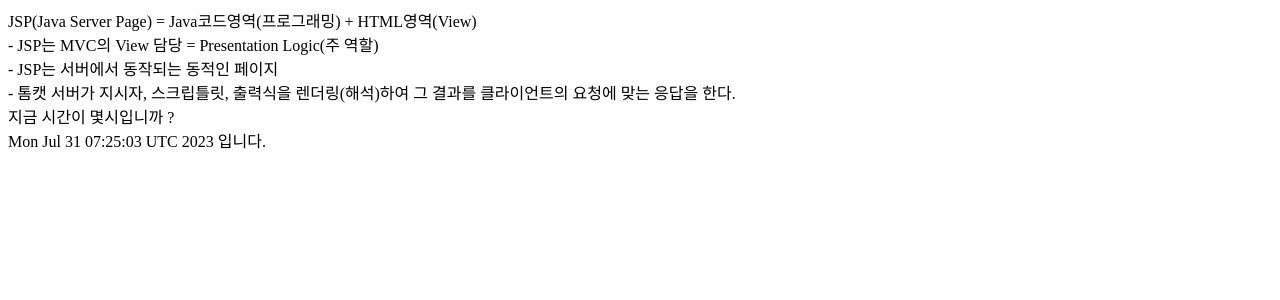
Repository: ainokks071/ServletJSP
Page: http://localhost/WEB/time.jsp
An editor plug-in stored every save of this project. The page is shown before and after the next save, followed by the edit.
The browser window is 1280 px wide. The pictures show the whole page.
The page is served by Tomcat 9. Other server files are loaded and not shown.

Above is the page before, as saved 2023-08-01 08:14:16.

### WEB/webapp/time.jsp
<%-- <%@ 지시자 %> --%>
<%@ page language="java" contentType="text/html; charset=UTF-8"
    pageEncoding="UTF-8"%>
<!-- servlet-api.jar BuildPath에 라이브러리 추가해줄 것.(웹용 API에 의해 인식) -->
<%@ page import="java.util.Date" %>
<!-- 컴파일된 .class파일의 저장위치 변경 : WEB/webapp/WEB-INF/classes -->
<%-- <% 스크립틀릿 %> : 자바코드영역 --%>
<% Date d = new Date(); %>


<!DOCTYPE html>
<html>
<head>
<meta charset="UTF-8">
<title>Insert title here</title>
</head>

<body>
JSP(Java Server Page) = Java코드영역(프로그래밍) + HTML영역(View) <br>
- JSP는 MVC의 View 담당 = Presentation Logic(주 역할)<br>
- JSP는 서버에서 동작되는 동적인 페이지<br>
- 톰캣 서버가 지시자, 스크립틀릿, 출력식을 렌더링(해석)하여 그 결과를 클라이언트의 요청에 맞는 응답을 한다.<br>

지금 시간이 몇시입니까 ? <br>
<%-- <%= 출력식 %> --%>
<%= d.toString() %> 입니다.
</body>

</html>

After the next save:
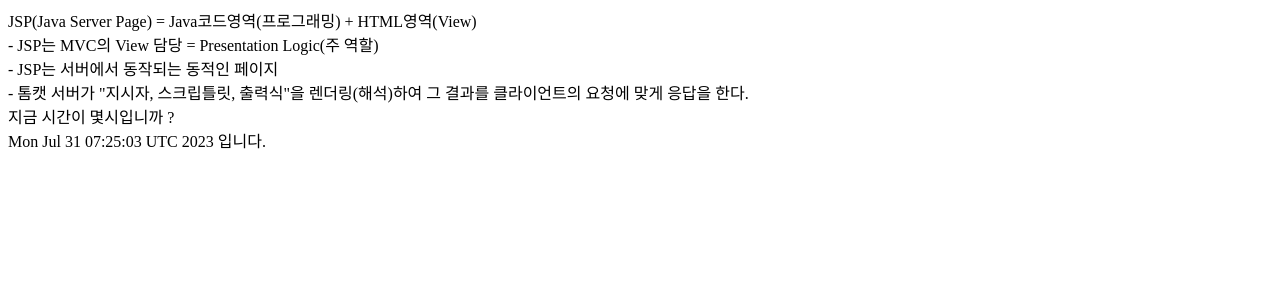
Saved 23 s later.
--- a/WEB/webapp/time.jsp
+++ b/WEB/webapp/time.jsp
@@ -19,7 +19,7 @@
 JSP(Java Server Page) = Java코드영역(프로그래밍) + HTML영역(View) <br>
 - JSP는 MVC의 View 담당 = Presentation Logic(주 역할)<br>
 - JSP는 서버에서 동작되는 동적인 페이지<br>
-- 톰캣 서버가 지시자, 스크립틀릿, 출력식을 렌더링(해석)하여 그 결과를 클라이언트의 요청에 맞는 응답을 한다.<br>
+- 톰캣 서버가 "지시자, 스크립틀릿, 출력식"을 렌더링(해석)하여 그 결과를 클라이언트의 요청에 맞게 응답을 한다.<br>
 
 지금 시간이 몇시입니까 ? <br>
 <%-- <%= 출력식 %> --%>
